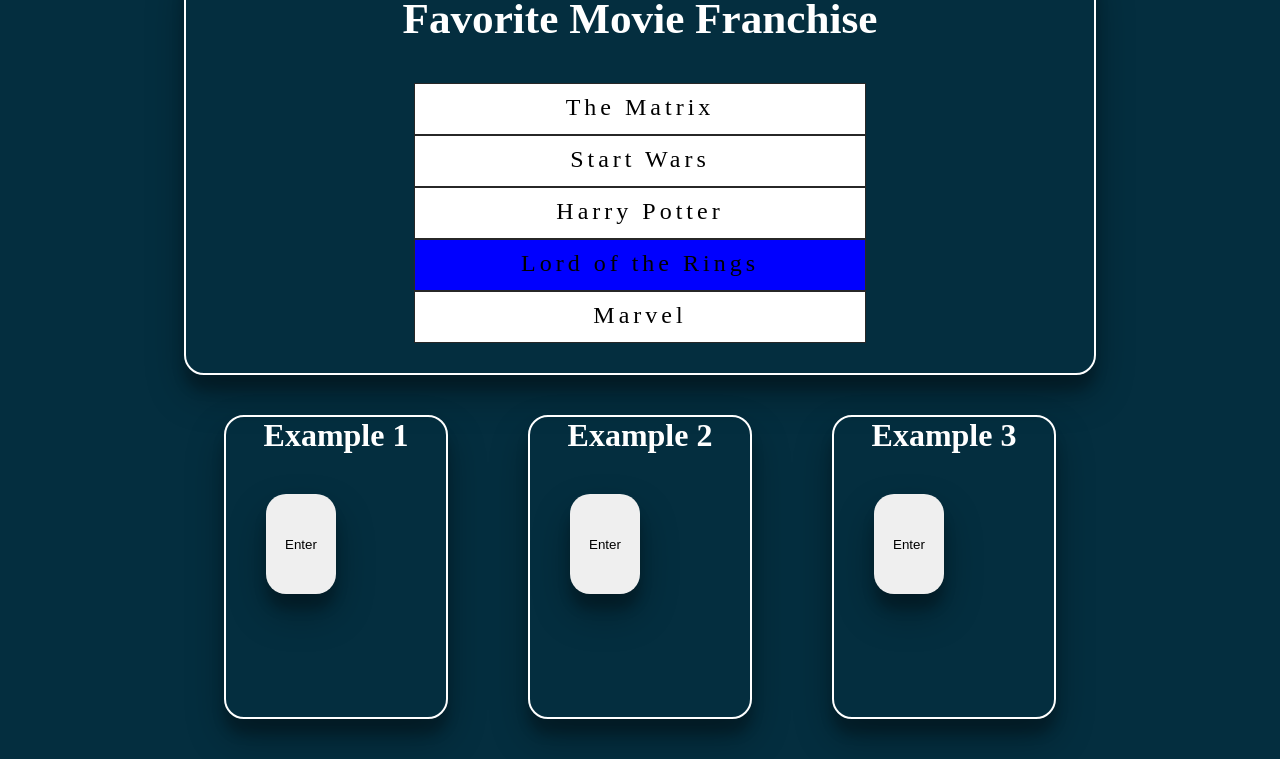
Repository: Ellisvelandia/DOM-Manipulation
Page: index.html
An editor plug-in stored every save of this project. The page is shown before and after the next save, followed by the edit.
The browser window is 1280 px wide. The pictures show the whole page.

Above is the page before, as saved 2022-08-22 16:59:35.

After the next save:
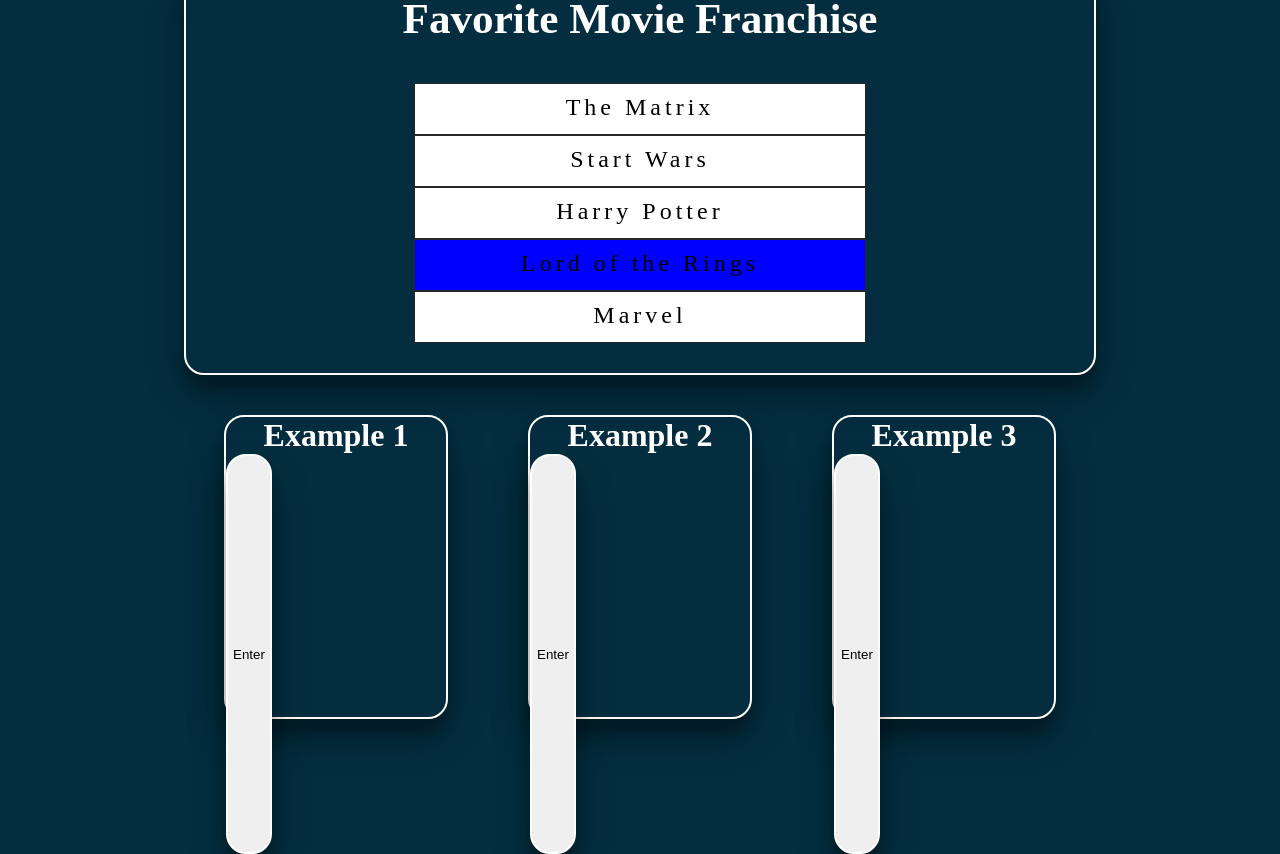
Saved 10 s later.
--- a/style.css
+++ b/style.css
@@ -75,13 +75,15 @@
 }
 
 button {
-  max-width: 100%;
-  margin: 5px;
+  display: flex;
+  align-items: center;
+  flex-direction: column;
+  justify-content: center;
   border: 1px solid transparent;
+  padding: 5px;
   border-radius: 20px;
-  height: 100px;
-  margin: 40px;
-  width: 70px;
+  height: 400px;
+  border: 2px solid #fff;
   box-shadow: rgba(0, 0, 0, 0.3) 0px 19px 38px,
     rgba(0, 0, 0, 0.22) 0px 15px 12px;
 }
